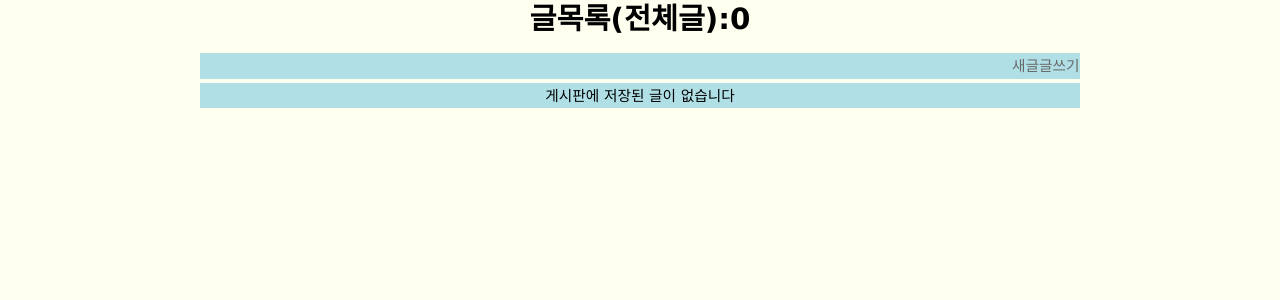
Repository: xo461/Java_Spring
Page: http://localhost/03_jsp_pool/mysqlboard/list.jsp
These files come from the project's save history. The page is drawn as it stood at one moment and after the next save; the edit follows.
The browser window is 1280 px wide. The pictures show the whole page.
The page is served by Tomcat 9. Queries for data that is not in the repository find no rows.

Above is the page before, as saved 2019-12-18 03:05:11.

After the next save:
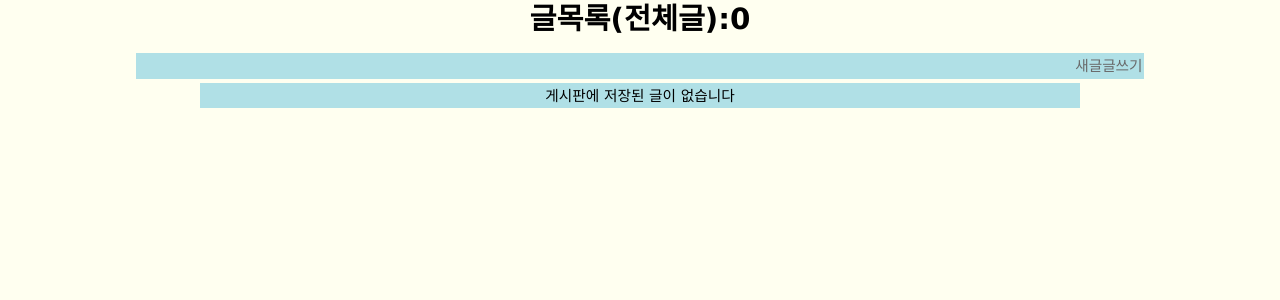
Saved 24 s later.
--- a/JSP_study/park_jsp_study/03_jsp_pool/WebContent/mysqlboard/list.jsp
+++ b/JSP_study/park_jsp_study/03_jsp_pool/WebContent/mysqlboard/list.jsp
@@ -48,7 +48,7 @@ number=count-(currentPage-1)*pageSize;//보여줄 글번호
  <body>
   <h1><center>글목록(전체글):<%=count %></center></h1>
 
-   <table width="70%" align="center">
+   <table width="80%" align="center">
      <tr>
       <td align="right" bgcolor="<%=value_c %>">
         <a href="writeForm.jsp">새글글쓰기</a>
